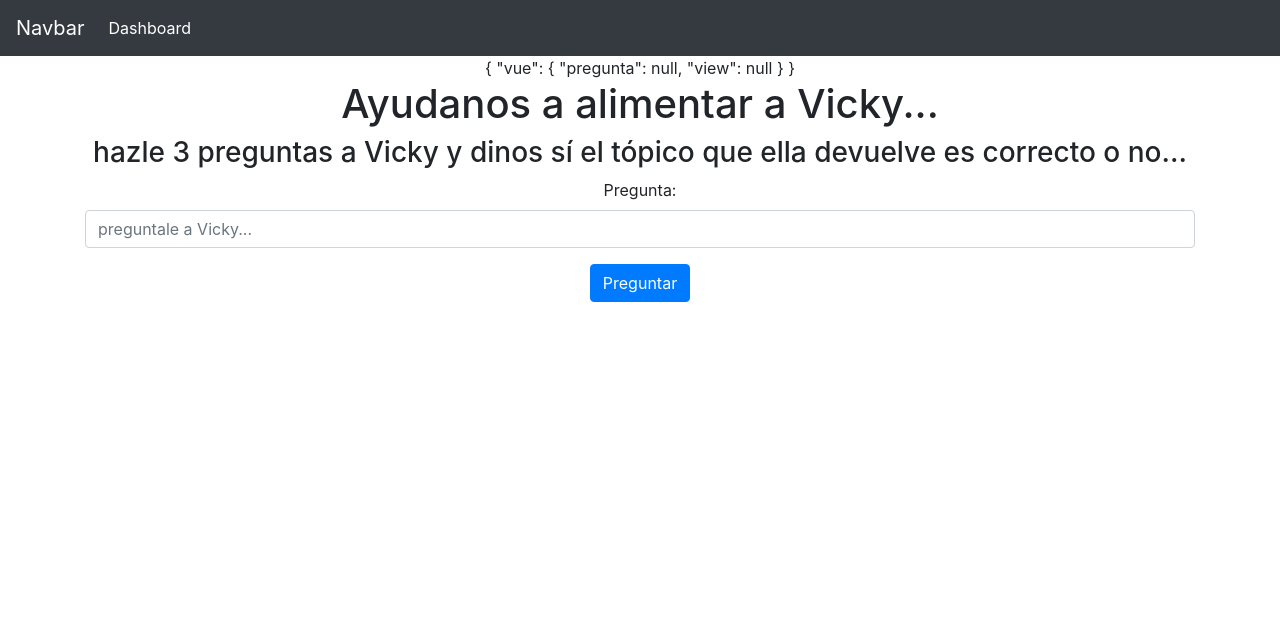
Repository: Crixtiancub/feedback_Vicky
Page: http://localhost/
These files come from the project's save history. The page is drawn as it stood at one moment and after the next save; the edit follows.
The browser window is 1280 px wide. The pictures show the whole page.
The page is served by the project's application, run on Django 3.2 (manage.py).

Above is the page before, as saved 2021-05-11 10:39:08.

After the next save:
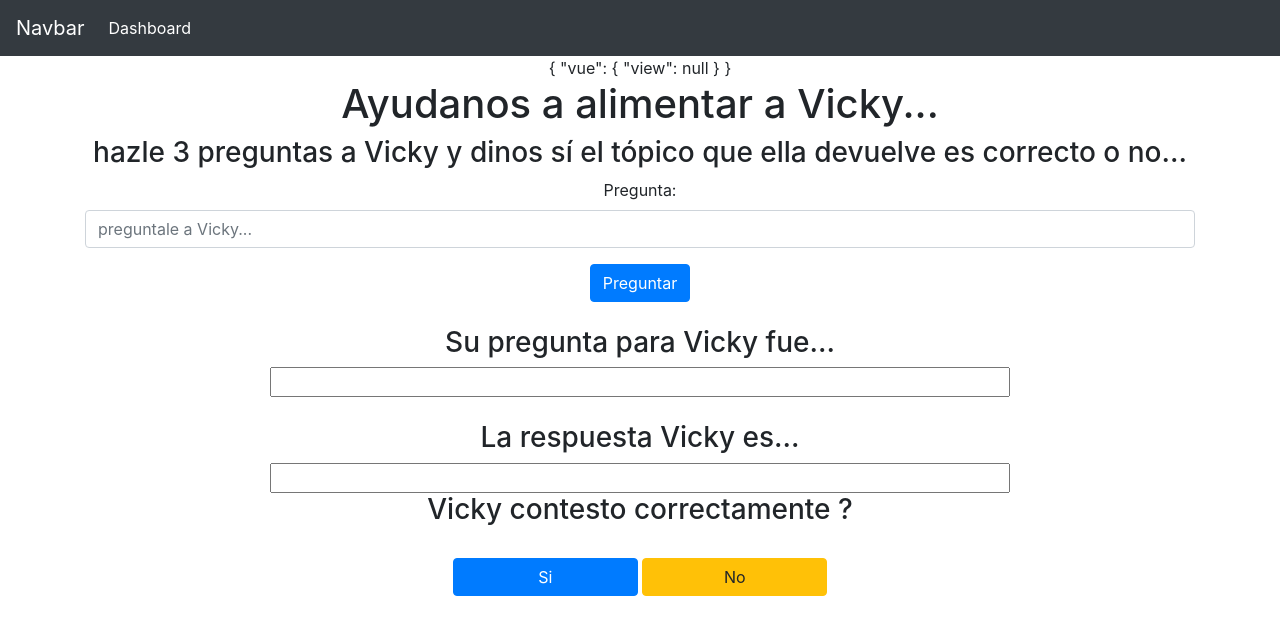
Saved 72 min 15 s later.
--- a/vicky/templates/dashboard.html
+++ b/vicky/templates/dashboard.html
@@ -28,7 +28,7 @@
 
     <br>
 
-    <div id="target" v-if="vue.view">
+    <div id="target">
         <form method="POST">
             {% csrf_token%}
 
@@ -65,7 +65,6 @@
         el: '#form_vicky',
         data: {
             vue :{
-                pregunta: null,
                 view: null
             }
         },
